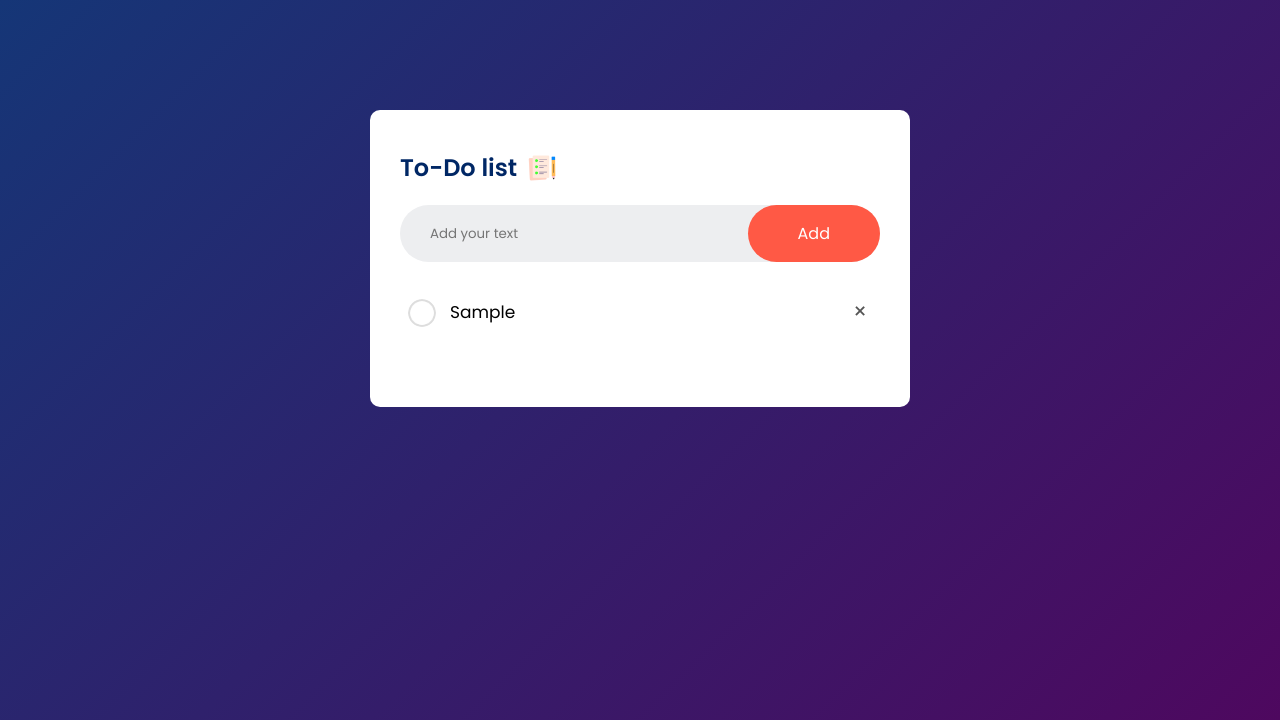
Repository: NikitaSeven/NikitaSeven.github.io
Page: ToDoList/index.html
The author's editor kept a copy of each file at every save. The page is drawn from the files as they stood at one save, then again after the next save.
The browser window is 1280 px wide. The pictures show the whole page.
Empty fields were first filled with sample values (such as "Sample", 5 or name@example.com).
After loading, the first visible `#btn` was clicked once.

Above is the page before, as saved 2023-11-06 17:15:29.

### ToDoList/index.html
<!DOCTYPE html>
<html lang="en">
  <head>
    <meta charset="UTF-8">
    <meta name="viewport" content="width=device-width, initial-scale=1.0">
    <link rel="stylesheet" href="stely.css">
     <title>To-Do List App - Easy Tutorials</title>
  </head>
  <body>

    <div class="container">
      <div class="todo-app">
        <h2>To-Do list <img src="/images/icon.png" ></h2>
        <div class="row">
          <input type="text" id="input-box" placeholder="Add your text" onkeydown = "if (event.keyCode == 13) document.getElementById('btn').click()">
          <button  id="btn" onclick="addTask()">Add</button>
        </div>
        <ul id="list-container">
          <!--<li class="checked">Task 1</li>
          <li>Task 2</li>
          <li>Task 3</li>-->
        </ul>
      </div>
    </div>

  <script src="Js.js"></script>
  </body>
</html>

### ToDoList/stely.css
@import url('https://fonts.googleapis.com/css2?family=Poppins:wght@300;400;500;600&display=swap');

*{
    margin: 0;
    padding: 0;
    font-family: 'Poppins', sans-serif;
    box-sizing: border-box;
}

.container{
    width: 100%;
    min-height: 100vh;
    background: linear-gradient(135deg, #153677, #4e085f);
    padding: 10px;
}

.todo-app{
    width: 100%;
    max-width: 540px;
    background: #fff;
    margin: 100px auto 20px;
    padding: 40px 30px 70px;
    border-radius: 10px;
}

.todo-app h2{
    color: #002765;
    display: flex;
    align-items: center;
    margin-bottom: 20px;
}
.todo-app h2 img{
    width: 30px;
    margin-left: 10px;
}
.row{
    display: flex;
    align-items: center;
    justify-content: space-between;
    background: #edeef0;
    border-radius: 30px;
    padding-left: 20px;
    margin-bottom: 25px ;
}

input {
    flex: 1;
    border: none;
    outline: none;
    background: transparent;
    padding: 10px;
}

button{
    border: none;
    outline: none;
    padding: 16px 50px;
    background: #ff5945;
    color: #fff;
    font-size: 16px;
    cursor: pointer;
    border-radius: 40px;

}
ul li{
    list-style: none;
    font-size: 17px;
    padding: 12px 8px 12px 50px;
    user-select: none;
    cursor: pointer;
    position: relative;
}
ul li::before{
    content: '';
    position: absolute;
    width: 28px;
    height: 28px;
    border-radius: 50%;
    background-image: url(/images/unchecked.png);
    background-size: cover;
    background-position: center;
    top: 12px;
    left: 8px;
}
ul li.checked{
    color: #555;
    text-decoration: line-through;
}
ul li.checked::before{
    background-image: url(/images/checked.png);

}

ul li span{
    position: absolute;
    right: 0;
    top: 5px;
    width: 40px;
    height: 40px;
    font-size: 22px;
    color: #555;
    line-height: 40px;
    text-align: center;
}
ul li span:hover{
    background: #dfdcdc ;
    border-radius: 20%;
}

### ToDoList/Js.js
const inputBox = document.getElementById("input-box");
const listContainer = document.getElementById("list-container");

function addTask(){
  if (inputBox.value === ''){
    alert("You must write something!");
  }
  else{
    let li = document.createElement("li") //Создается элемент тегом li
    li.innerHTML = inputBox.value;
    listContainer.appendChild(li);
    let span = document.createElement("span");
    span.innerHTML = "\u00d7"
    li.appendChild(span);
  }
  inputBox.value = '';
  saveData()
}


listContainer.addEventListener("click", function(e){
  if (e.target.tagName === "LI"){
    e.target.classList.toggle("checked");
    saveData()
  }
  else if(e.target.tagName === "SPAN"){
    e.target.parentElement.remove();
    saveData()
  }
}, false);

function saveData() {
  localStorage.setItem("data", listContainer.innerHTML);
}
function showTask(){
  listContainer.innerHTML = localStorage.getItem("data");
}
showTask()

After the next save:
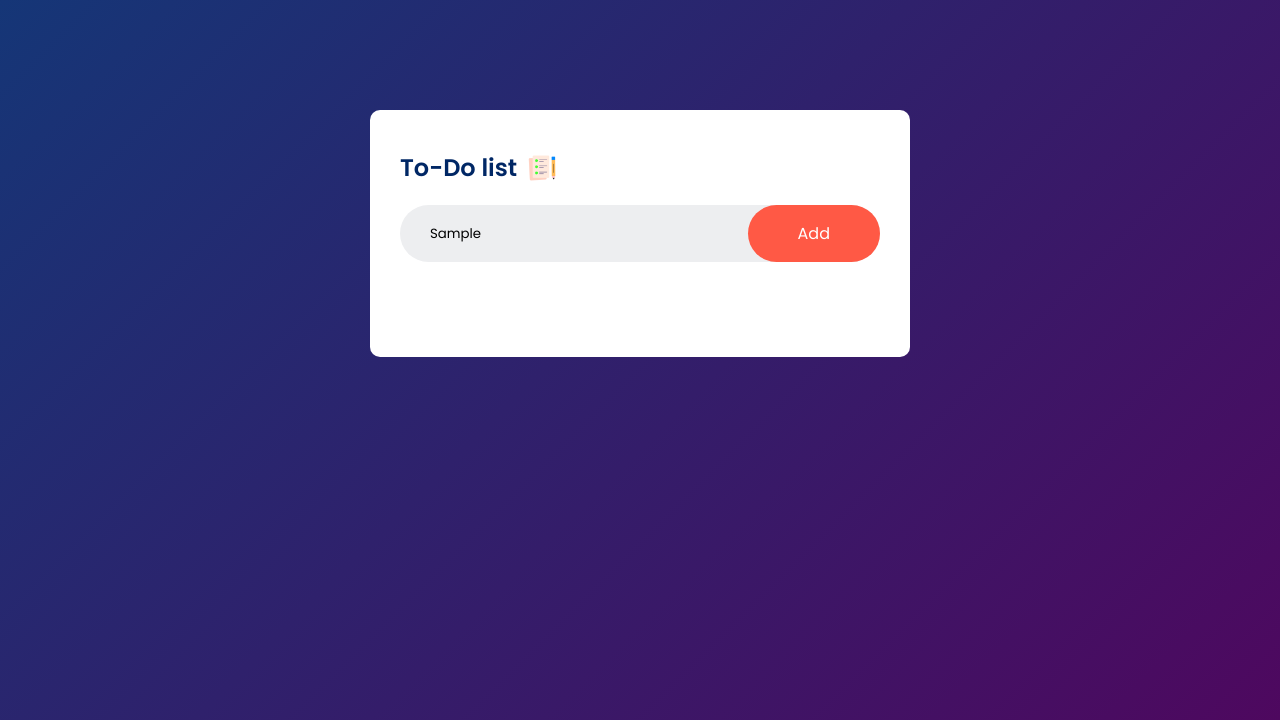
Console error: TypeError: listContainer.pre is not a function
Saved 20 h 13 min later.
--- a/ToDoList/Js.js
+++ b/ToDoList/Js.js
@@ -8,7 +8,7 @@
   else{
     let li = document.createElement("li") //Создается элемент тегом li
     li.innerHTML = inputBox.value;
-    listContainer.appendChild(li);
+    listContainer.pre(li);
     let span = document.createElement("span");
     span.innerHTML = "\u00d7"
     li.appendChild(span);

After the 2 saves that followed:
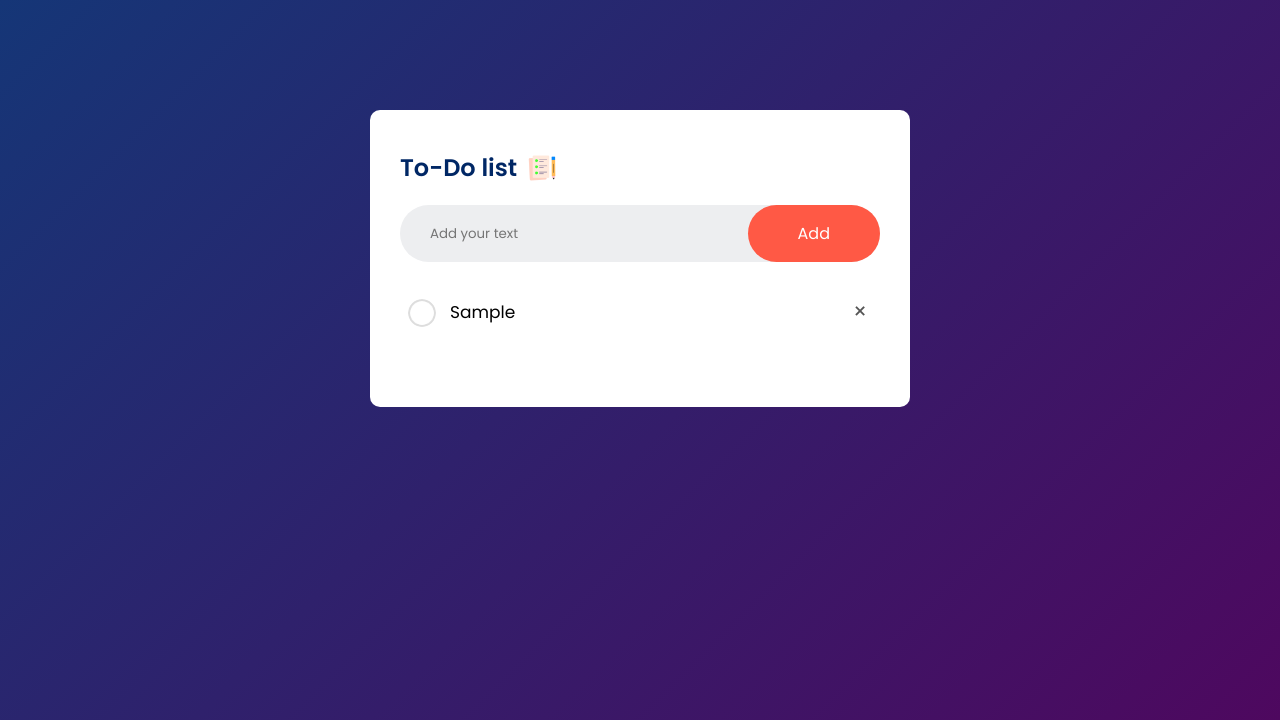
The error is gone.
The 2 saves are shown as one change because they came seconds apart.
The last was saved 5 s later.
--- a/ToDoList/Js.js
+++ b/ToDoList/Js.js
@@ -8,7 +8,7 @@
   else{
     let li = document.createElement("li") //Создается элемент тегом li
     li.innerHTML = inputBox.value;
-    listContainer.pre(li);
+    listContainer.prepend(li);
     let span = document.createElement("span");
     span.innerHTML = "\u00d7"
     li.appendChild(span);
